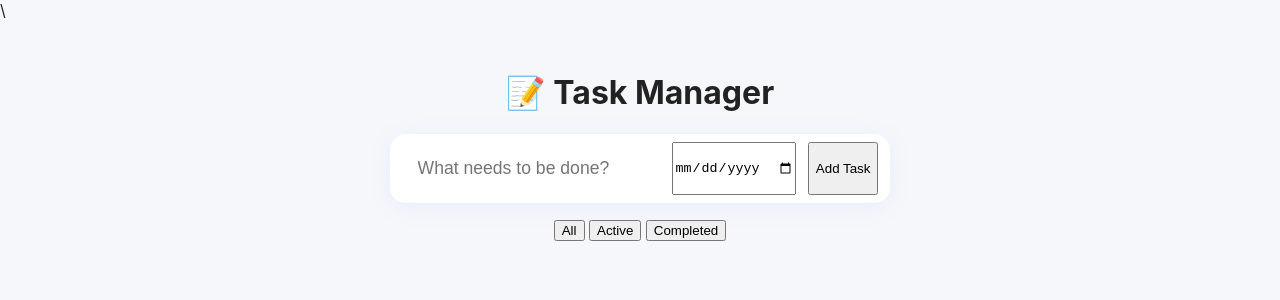
Repository: kirankumarwq/On-Time
Page: index.html
These files come from the project's save history. The page is drawn as it stood at one moment and after the next save; the edit follows.
The browser window is 1280 px wide. The pictures show the whole page.

Above is the page before, as saved 2025-06-09 17:57:41.

### index.html
\<!DOCTYPE html>
<html lang="en">
<head>
  <meta charset="UTF-8" />
  <meta name="viewport" content="width=device-width, initial-scale=1" />
  <title>Task Manager MVP</title>
  <link rel="stylesheet" href="style.css" />
</head>
<body>
  <main class="container">
    <h1>📝 Task Manager</h1>

    <!-- Task Form -->
    <form id="task-form">
      <input type="text" id="task-input" placeholder="What needs to be done?" required />
      <input id="task-date" type="date" />
      <button type="submit">Add Task</button>
    </form>

    <!-- Filters -->
    <div id="filters">
      <button onclick="setFilter('all')" class="active">All</button>
      <button onclick="setFilter('active')">Active</button>
      <button onclick="setFilter('completed')">Completed</button>
    </div>

    <!-- Task List -->
    <ul id="task-list"></ul>
  </main>

  <script src="script.js"></script>
</body>
</html>

### style.css
/* CSS for a modern, clean task management app */
/* Using CSS variables for easy theming and maintenance */
:root {
    --primary: #4F8CFF;
    --secondary: #F5F7FA;
    --accent: #FFD166;
    --danger: #FF5C5C;
    --text: #222;
    --bg: #fff;
    --radius: 16px;
    --shadow: 0 4px 24px rgba(79,140,255,0.08);
    --font-main: 'Inter', 'Segoe UI', Arial, sans-serif;
}
* {
    box-sizing: border-box;
}
body {
    font-family: var(--font-main);
    background: var(--secondary);
    color: var(--text);
    margin: 0;
    min-height: 100vh;
    display: flex;
    flex-direction: column;
}
header {
    background: var(--primary);
    color: #fff;
    padding: 2.5rem 1rem 1.5rem 1rem;
    text-align: center;
    border-radius: 0 0 var(--radius) var(--radius);
    box-shadow: var(--shadow);
}
header h1 {
    font-size: 2.5rem;
    font-weight: 800;
    margin: 0 0 0.5rem 0;
    letter-spacing: -1px;
}
header p {
    font-size: 1.15rem;
    font-weight: 400;
    margin: 0;
    opacity: 0.85;
}
main {
    flex: 1;
    display: flex;
    flex-direction: column;
    align-items: center;
    padding: 2rem 1rem;
}
#task-input-section {
    width: 100%;
    max-width: 480px;
    margin-bottom: 2rem;
}
#task-form {
    display: flex;
    gap: 0.75rem;
    background: var(--bg);
    border-radius: var(--radius);
    box-shadow: var(--shadow);
    padding: 0.5rem 0.75rem;
}
#task-input {
    flex: 1;
    padding: 1rem;
    border: none;
    border-radius: var(--radius);
    font-size: 1.1rem;
    background: transparent;
    outline: none;
    color: var(--text);
}
#add-task-btn {
    background: var(--primary);
    color: #fff;
    border: none;
    border-radius: var(--radius);
    padding: 0 1.5rem;
    font-size: 1.1rem;
    font-weight: 600;
    cursor: pointer;
    transition: background 0.2s, color 0.2s;
    box-shadow: 0 2px 8px rgba(79,140,255,0.10);
}
#add-task-btn:hover, #add-task-btn:focus {
    background: var(--accent);
    color: #222;
}
#tasks-section {
    width: 100%;
    max-width: 480px;
}
#task-list {
    list-style: none;
    padding: 0;
    margin: 0;
}
.task-item {
    background: var(--bg);
    margin-bottom: 1.25rem;
    padding: 1.1rem 1rem;
    border-radius: var(--radius);
    box-shadow: var(--shadow);
    display: flex;
    align-items: center;
    justify-content: space-between;
    transition: background 0.2s, box-shadow 0.2s;
    font-size: 1.08rem;
}
.task-item.completed {
    text-decoration: line-through;
    opacity: 0.55;
    background: #e9ecef;
}
.task-actions {
    display: flex;
    gap: 0.5rem;
}
.action-btn {
    background: none;
    border: none;
    cursor: pointer;
    font-size: 1.25rem;
    padding: 0.3rem 0.7rem;
    border-radius: var(--radius);
    transition: background 0.2s, color 0.2s;
    outline: none;
}
.action-btn.complete {
    color: var(--primary);
}
.action-btn.delete {
    color: var(--danger);
}
.action-btn:focus, .action-btn:hover {
    background: var(--secondary);
    color: var(--accent);
}
footer {
    text-align: center;
    padding: 1.2rem 0 1rem 0;
    background: #f9f9f9;
    color: #888;
    font-size: 1rem;
    border-radius: var(--radius) var(--radius) 0 0;
    box-shadow: 0 -2px 8px rgba(0,0,0,0.03);
}
body.landing {
    min-height: 100vh;
    display: flex;
    flex-direction: column;
    justify-content: space-between;
    align-items: center;
    background: var(--secondary);
    margin: 0;
}
.landing-header {
    width: 100%;
    text-align: center;
    margin-top: 12vh;
}
.landing-header h1 {
    font-size: 3rem;
    font-weight: 900;
    color: var(--primary);
    margin-bottom: 0.5rem;
    letter-spacing: -2px;
}
.landing-header p {
    font-size: 1.3rem;
    color: #444;
    opacity: 0.85;
    margin: 0;
}
.landing-main {
    flex: 1;
    display: flex;
    align-items: center;
    justify-content: center;
    width: 100%;
}
.start-btn {
    position: fixed;
    left: 50%;
    bottom: 7vh;
    transform: translateX(-50%);
    background: var(--primary);
    color: #fff;
    border: none;
    border-radius: 32px;
    padding: 1.1rem 3.5rem;
    font-size: 1.4rem;
    font-weight: 700;
    box-shadow: 0 6px 32px rgba(79,140,255,0.15);
    cursor: pointer;
    transition: background 0.2s, color 0.2s, box-shadow 0.2s;
    z-index: 10;
}
.start-btn:hover, .start-btn:focus {
    background: var(--accent);
    color: var(--text);
    box-shadow: 0 8px 40px rgba(255,209,102,0.18);
}
.landing-footer {
    width: 100%;
    text-align: center;
    padding: 1.2rem 0 1rem 0;
    background: #f9f9f9;
    color: #888;
    font-size: 1rem;
    border-radius: var(--radius) var(--radius) 0 0;
    box-shadow: 0 -2px 8px rgba(0,0,0,0.03);
    position: fixed;
    left: 0;
    bottom: 0;
}
@media (max-width: 600px) {
    main, #task-input-section, #tasks-section {
        padding: 1rem 0.2rem;
        max-width: 100%;
    }
    .task-item {
        flex-direction: column;
        align-items: flex-start;
        gap: 0.5rem;
        font-size: 1rem;
    }
    header h1 {
        font-size: 2rem;
    }
    .landing-header h1 {
        font-size: 2.1rem;
    }
    .start-btn {
        font-size: 1.1rem;
        padding: 0.9rem 2.2rem;
    }
}

Loaded but not shown: script.js (empty)

After the next save:
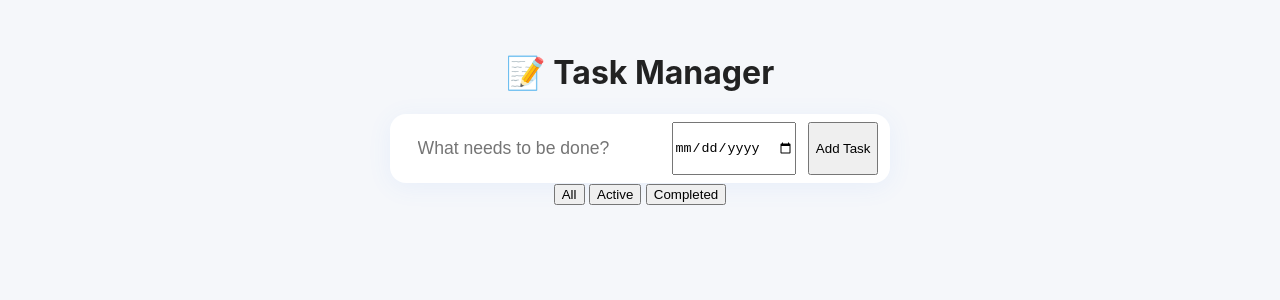
Saved 58 min 56 s later.
--- a/index.html
+++ b/index.html
@@ -1,4 +1,4 @@
-\<!DOCTYPE html>
+<!DOCTYPE html>
 <html lang="en">
 <head>
   <meta charset="UTF-8" />
